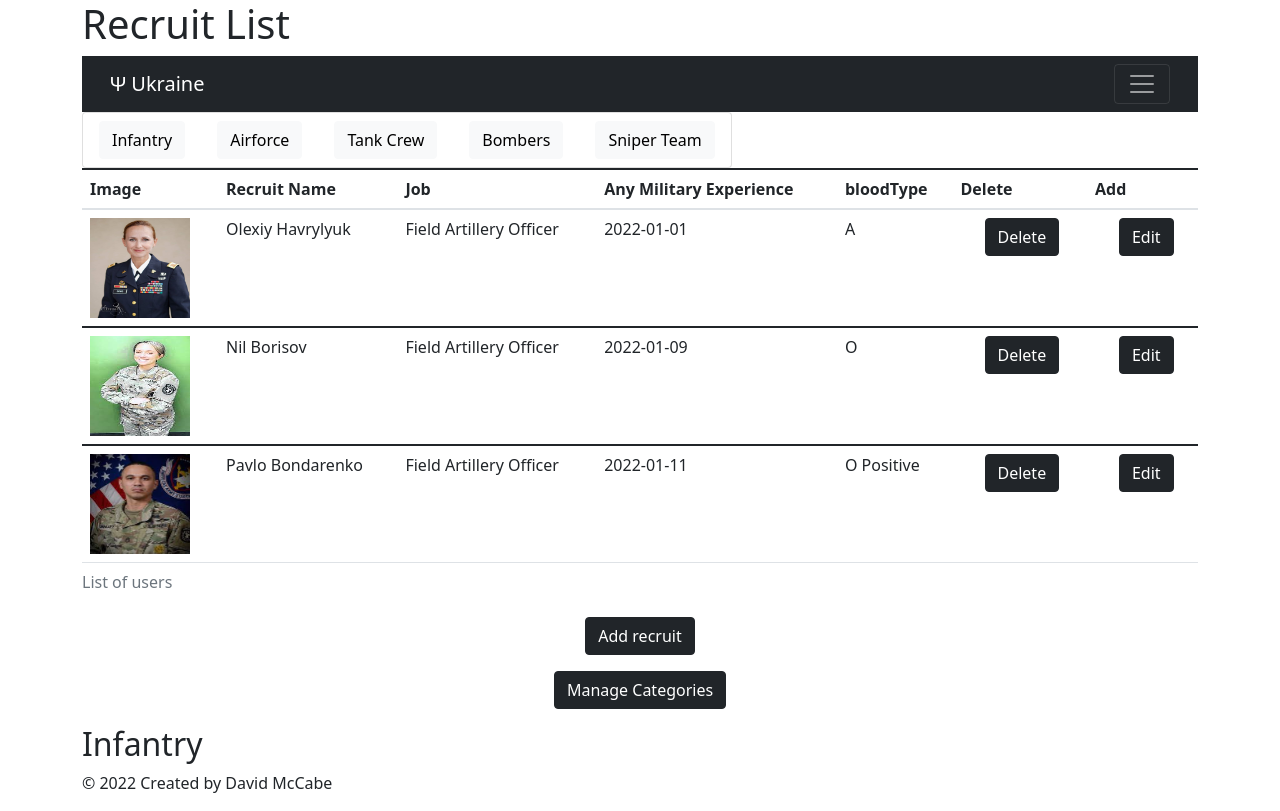
Repository: davidDKIT/ca2-davidmccabe-php
Page: http://localhost/delete_record.php
These files come from the project's save history. The page is drawn as it stood at one moment and after the next save; the edit follows.
The browser window is 1280 px wide. The pictures show the whole page.
Some web fonts or font styles are not loaded; a fallback is used. The page is run by PHP 8.4 with error messages shown; the project is at /var/www/html/. The database holds what the project's SQL file puts in it.

Above is the page before, as saved 2022-03-15 18:58:10.

### delete_record.php
<?php
require_once('database.php');

// Get IDs
$recruit_id = filter_input(INPUT_POST, 'recruit_id', FILTER_VALIDATE_INT);
$category_id = filter_input(INPUT_POST, 'category_id', FILTER_VALIDATE_INT);

// Delete the product from the database
if ($recruit_id != false && $category_id != false) {
    $query = "DELETE FROM recruits
              WHERE recruitID = :recruit_id";
    $statement = $db->prepare($query);
    $statement->bindValue(':recruit_id', $recruit_id);
    $statement->execute();
    $statement->closeCursor();
}

// display the Product List page
include('index.php');
?>

### database.php
<?php
    $dsn = 'mysql:host=localhost;dbname=ukraine_signup';
    $username = 'root';
    $password = '';

    try {
        $db = new PDO($dsn, $username, $password);
    } catch (PDOException $e) {
        $error_message = $e->getMessage();
        include('database_error.php');
        exit();
    }
?>

### index.php
<link rel="stylesheet" type="text/css" href="https://stackpath.bootstrapcdn.com/bootstrap/4.3.1/css/bootstrap.min.css" />
<link href="https://fonts.googleapis.com/css?family=Raleway&display=swap" rel="stylesheet" />

<?php
require_once('database.php');
error_reporting(E_ERROR | E_PARSE);
// Get category ID
if (!isset($category_id)) {
    $category_id = filter_input(
        INPUT_GET,
        'category_id',
        FILTER_VALIDATE_INT
    );
    if ($category_id == NULL || $category_id == FALSE) {
        $category_id = 1;
    }
}

// Get name for current category
$queryCategory = "SELECT * FROM categories
WHERE categoryID = :category_id";
$statement1 = $db->prepare($queryCategory);
$statement1->bindValue(':category_id', $category_id);
$statement1->execute();
$category = $statement1->fetch();
$statement1->closeCursor();
$category_name = $category['categoryName'];

// Get all categories
$queryAllCategories = 'SELECT * FROM categories
ORDER BY categoryID';
$statement2 = $db->prepare($queryAllCategories);
$statement2->execute();
$categories = $statement2->fetchAll();
$statement2->closeCursor();

// Get recruits for selected category
$queryrecruits = "SELECT * FROM recruits
WHERE categoryID = :category_id
ORDER BY recruitID";
$statement3 = $db->prepare($queryrecruits);
$statement3->bindValue(':category_id', $category_id);
$statement3->execute();
$recruits = $statement3->fetchAll();
$statement3->closeCursor();
?>
<div class="container">


    <h1>Recruit List</h1>
    <?php
    include('includes/header.php');
    ?>
    <!-- display a list of categories -->
    <div class="text-center">
        <ul class = "list-group list-group-horizontal-sm">
            <?php foreach ($categories as $category) : ?>
                <li class="list-group-item">
                    <a class="btn btn-light" href=".?category_id=<?php echo $category['categoryID']; ?>">
                        <?php echo $category['categoryName']; ?>
                    </a>
                </li>
            <?php endforeach; ?>
        </ul>
    </div>



    <section>
        <!-- display a table of recruits -->


        <div class="text-center">
            <div class="row">
                <div class="col-12">
                    <table class="table caption-top">
                        <caption>List of users</caption>
                        <thead>
                            <tr>
                                <th scope="col">Image</th>
                                <th scope="col">Recruit Name</th>
                                <th scope="col">Job</th>
                                <th scope="col">Any Military Experience</th>
                                <th scope="col">bloodType</th>
                                <th scope="col">Delete</th>
                                <th scope="col">Add</th>
                            </tr>
                        </thead>
                        <?php foreach ($recruits as $recruit) : ?>
                            <tbody>
                                <tr>
                                    <td><img src="image_uploads/<?php echo $recruit['image']; ?>" width="100px" height="100px" /></td>
                                    <td><?php echo $recruit['recruitName']; ?></td>
                                    <td class="right"><?php echo $recruit['job']; ?></td>
                                    <td class="right"><?php echo $recruit['militaryExp']; ?></td>
                                    <td class="right"><?php echo $recruit['bloodType']; ?></td>
                                    <td>
                                        <form class="form-check" action="delete_record.php" method="post" id="delete_record_form">
                                            <input class="btn btn-dark" type="hidden" name="recruit_id" value="<?php echo $recruit['recruitID']; ?>">
                                            <input class="btn btn-dark" type="hidden" name="category_id" value="<?php echo $recruit['categoryID']; ?>">
                                            <input class="btn btn-dark" type="submit" value="Delete">
                                        </form>
                                    </td>
                                    <td>
                                        <form class="form-check" action="edit_record_form.php" method="post" id="delete_record_form">
                                            <input class="btn btn-dark" type="hidden" name="recruit_id" value="<?php echo $recruit['recruitID']; ?>">
                                            <input class="btn btn-dark" type="hidden" name="category_id" value="<?php echo $recruit['categoryID']; ?>">
                                            <input class="btn btn-dark" type="submit" value="Edit">
                                        </form>
                                    </td>
                                </tr>
                            <?php endforeach; ?>

                            </tbody>

                    </table>
                    <p><a class="btn btn-dark" href="add_record_form.php">Add recruit</a></p>
                    <p><a class="btn btn-dark" href="category_list.php">Manage Categories</a></p>
                </div>
            </div>
        </div>

        <h2><?php echo $category_name; ?></h2>
        <?php
        include('includes/footer.php');
        ?>
    </section>



    <!-- /.container-fluid -->

### includes/header.php
<!-- the head section -->

<head>
  <title>Ukraine Sign Up</title>
  <link href="https://cdn.jsdelivr.net/npm/bootstrap@5.1.3/dist/css/bootstrap.min.css" rel="stylesheet" integrity="sha384-1BmE4kWBq78iYhFldvKuhfTAU6auU8tT94WrHftjDbrCEXSU1oBoqyl2QvZ6jIW3" crossorigin="anonymous">
  <!-- Custom styles for this template-->
  <script src="https://cdn.jsdelivr.net/npm/bootstrap@5.1.3/dist/js/bootstrap.bundle.min.js" integrity="sha384-ka7Sk0Gln4gmtz2MlQnikT1wXgYsOg+OMhuP+IlRH9sENBO0LRn5q+8nbTov4+1p" crossorigin="anonymous"></script>

</head>

<!-- the body section -->

<body>
<nav class="navbar navbar-dark bg-dark">
  <div class="container-fluid">
    <a class="navbar-brand" href="main.php">Ψ Ukraine</a>
    <button class="navbar-toggler" type="button" data-bs-toggle="collapse" data-bs-target="#navbarNavDropdown" aria-controls="navbarNavDropdown" aria-expanded="false" aria-label="Toggle navigation">
      <span class="navbar-toggler-icon"></span>
    </button>
    <div class="collapse navbar-collapse" id="navbarNavDropdown">
      <ul class="navbar-nav">
        <li class="nav-item">
          <a class="nav-link active" aria-current="page" href="#">Home</a>
        </li>
        <li class="nav-item">
          <a class="nav-link" href="#">Features</a>
        </li>
        <li class="nav-item">
          <a class="nav-link" href="#">Pricing</a>
        </li>
        <li class="nav-item dropdown">
          <a class="nav-link dropdown-toggle" href="#" id="navbarDropdownMenuLink" role="button" data-bs-toggle="dropdown" aria-expanded="false">
            Dropdown link
          </a>
          <ul class="dropdown-menu" aria-labelledby="navbarDropdownMenuLink">
            <li><a class="dropdown-item" href="#">Action</a></li>
            <li><a class="dropdown-item" href="#">Another action</a></li>
            <li><a class="dropdown-item" href="#">Something else here</a></li>
          </ul>
        </li>
      </ul>
    </div>
  </div>
</nav>

### includes/footer.php
<footer>
<p>&copy; <?php echo date("Y"); ?> Created by David McCabe</p>
</footer>
</div><!-- close div container -->
</body>
</html>

### data-for-your-database.sql (the tables this page reads)
CREATE TABLE `categories` (
  `categoryID` int(11) NOT NULL AUTO_INCREMENT,
  `categoryName` varchar(255) NOT NULL,
  PRIMARY KEY (categoryID)
) ENGINE=InnoDB DEFAULT CHARSET=utf8;

INSERT INTO `categories` (`categoryID`, `categoryName`) VALUES
(1, 'Infantry'),
(2, 'Airforce'),
(3, 'Tank Crew'),
(4, 'Bombers'),
(5, 'Sniper Team');

ALTER TABLE `categories`
  ADD PRIMARY KEY (`categoryID`);

ALTER TABLE `categories`
  MODIFY `categoryID` int(11) NOT NULL AUTO_INCREMENT, AUTO_INCREMENT=3;

CREATE TABLE `recruits` (
  `recruitID` int(11) NOT NULL primary key AUTO_INCREMENT,
  `recruitName` varchar(255),
  `categoryID` int(11) NOT NULL,
  `job` varchar(255),
  `militaryExp` varchar(50) NOT NULL,
  `image` varchar(255),
  `bloodType` varchar(50) NOT NULL,
  FOREIGN KEY (`categoryID`) REFERENCES categories(`categoryID`)
) ENGINE=InnoDB DEFAULT CHARSET=utf8;

ALTER TABLE `recruits` AUTO_INCREMENT = 1000;

INSERT INTO `recruits` (`recruitID`, `recruitName`,`categoryID`, `job`, `militaryExp`, `image`, `bloodType`) VALUES
(1,'Olexiy Havrylyuk', 1, 'Field Artillery Officer', '2022-01-01', '4733.jpg', "A"),
(2, 'Oleksandr Sobol', 3, 'Combat Engineer', '2022-01-01', '11537.jpg', "B"),
(3, 'Sofron Sokolov', 3, 'Combat Engineer', '2022-01-05', '28893.jpg', "O Positive"),
(4, 'Valery Zelenko', 2,'Soldeir', '2022-01-07', '119273.jpg', "O"),
(5, 'Nil Borisov', 1, 'Field Artillery Officer', '2022-01-09', '233012.jpg', "O"),
(6, 'Nazar Zyma', 3, 'Combat Engineer', '2022-01-09', '266531.jpg', "O"),
(7, 'Erast Vasylyk', 3,'Combat Engineer', '2022-01-09', '329484.jpg', "O Positive"),
(8, 'Pavlo Bondarenko', 1, 'Field Artillery Officer', '2022-01-11', '361782.jpg', "O Positive"),
(9, 'Martyn Sokolov', 4, 'Wheeled Vehicle Mechanic', '2022-01-14', '373465.jpg', "O Positive"),
(10, 'Valeriy Kovalchuk', 4, 'Wheeled Vehicle Mechanic', '2022-01-14', '373989.jpg', "O"),
(11, 'Yevhen Chayka', 5, 'Marksman Sniper', '2022-01-17', '374104.jpg', "O"),
(12, 'Tymofiy Baran', 2, 'Soldeir', '2022-01-01', '644055.jpg', "A"),
(13, 'Stanislav Kravchenko', 2, 'Soldeir', '2022-01-01', '644471.jpg', "O Positive"),
(14, 'Markiyan Holub', 5, 'Marksman Sniper', '2022-01-01', '834551.jpg', "O Positive"),
(15, 'Heorhiy Shevchuk', 5, 'Marksman Sniper', '2022-01-28', '835545.jpg', "O");

ALTER TABLE `recruits`
  ADD PRIMARY KEY (`recruitID`);

ALTER TABLE `recruits`
  MODIFY `recruitID` int(11) NOT NULL AUTO_INCREMENT, AUTO_INCREMENT=13;

After the next save:
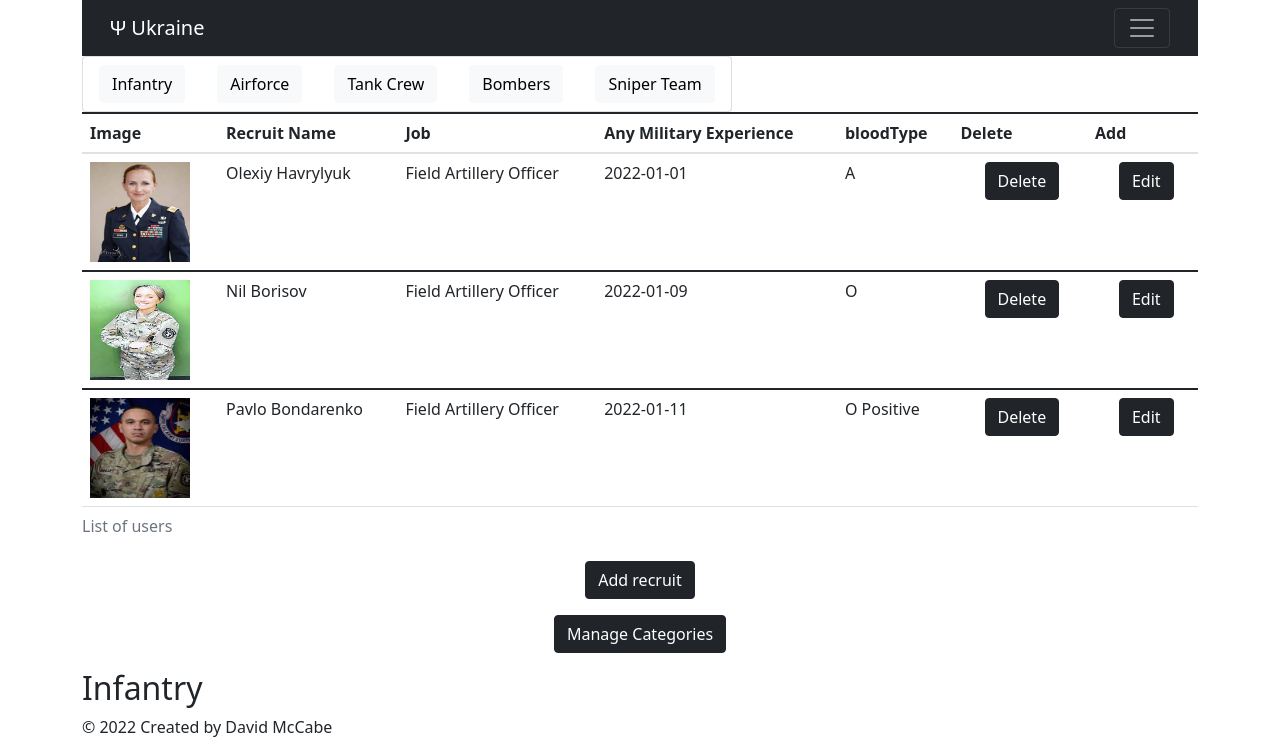
Saved 3 min 44 s later.
--- a/index.php
+++ b/index.php
@@ -46,8 +46,6 @@ $statement3->closeCursor();
 ?>
 <div class="container">
 
-
-    <h1>Recruit List</h1>
     <?php
     include('includes/header.php');
     ?>
